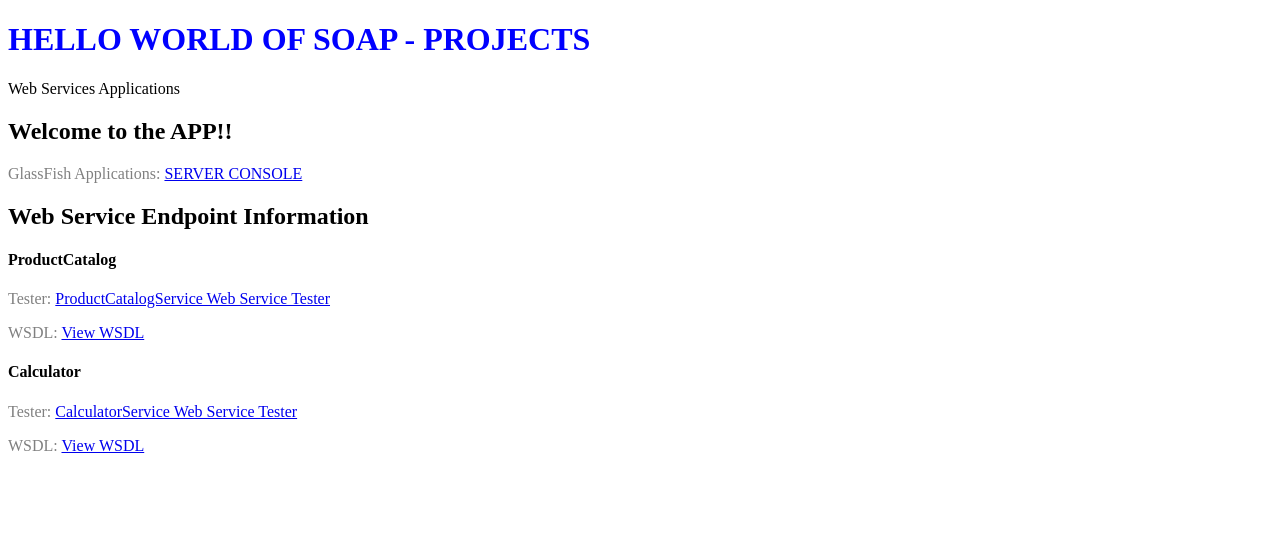
Repository: atafs/BackEnd_JAX-JAX-WS_SOAP
Page: http://localhost/Project_003_SOAP_server_ServiceAndContractFirst/
The author's editor kept a copy of each file at every save. The page is drawn from the files as they stood at one save, then again after the next save.
The browser window is 1280 px wide. The pictures show the whole page.
The page is served by Tomcat 9.

Above is the page before, as saved 2016-01-26 12:00:03.

After the next save:
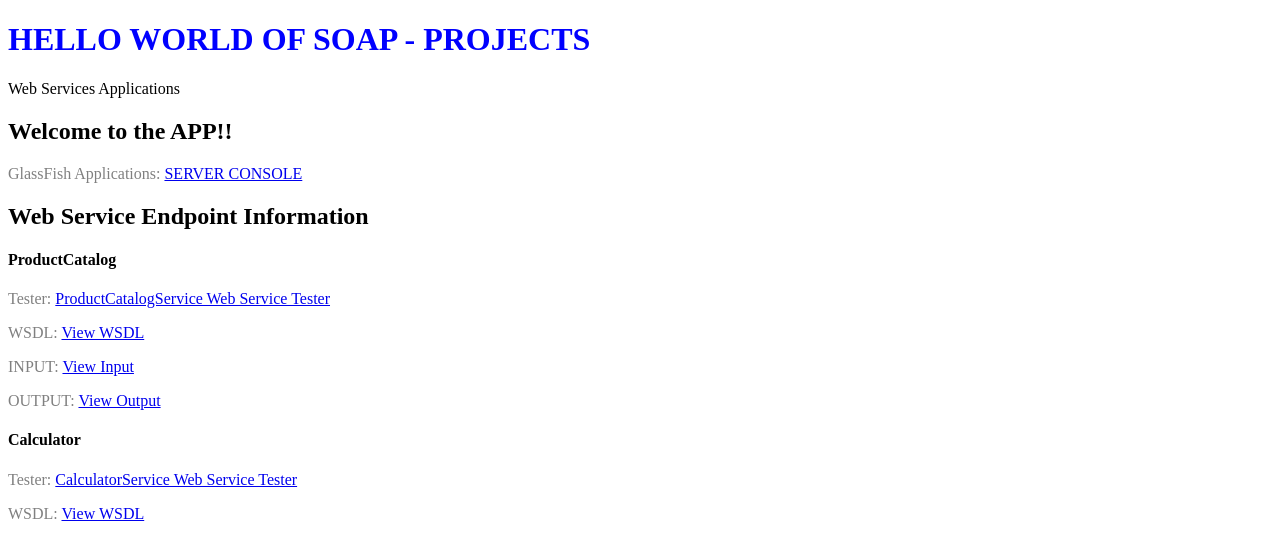
Saved 14 min 30 s later.
--- a/Project_003_SOAP_server_ServiceAndContractFirst/WebContent/index.jsp
+++ b/Project_003_SOAP_server_ServiceAndContractFirst/WebContent/index.jsp
@@ -21,7 +21,11 @@
 	<h2>Web Service Endpoint Information</h2>
 	<h4>ProductCatalog</h4>
 	<p style="color:gray;">Tester: <a href="http://atafs:9090/Project_003_SOAP_server_ServiceAndContractFirst/ProductCatalogService?Tester">ProductCatalogService Web Service Tester</a></p>
-	<p style="color:gray;">WSDL: <a href="http://atafs:9090/Project_003_SOAP_server_ServiceAndContractFirst/ProductCatalogService?wsdl">View WSDL</a></p>
+	<p style="color:gray;">WSDL: <a href="http://atafs:9090/Project_003_SOAP_server_ServiceAndContractFirst/ProductCatalogService?wsdl">View WSDL</a>
+		<p style="color:gray;">INPUT: <a href="http://americolib.pt/ProductCatalog/getProductCategoriesRequest">View Input</a>
+		<p style="color:gray;">OUTPUT: <a href="http://americolib.pt/ProductCatalog/getProductCategoriesResponse">View Output</a>
+
+	</p>
 
 	<h4>Calculator</h4>
 	<p style="color:gray;">Tester: <a href="http://atafs:9090/Project_003_SOAP_server_ServiceAndContractFirst/CalculatorService?Tester">CalculatorService Web Service Tester</a></p>
